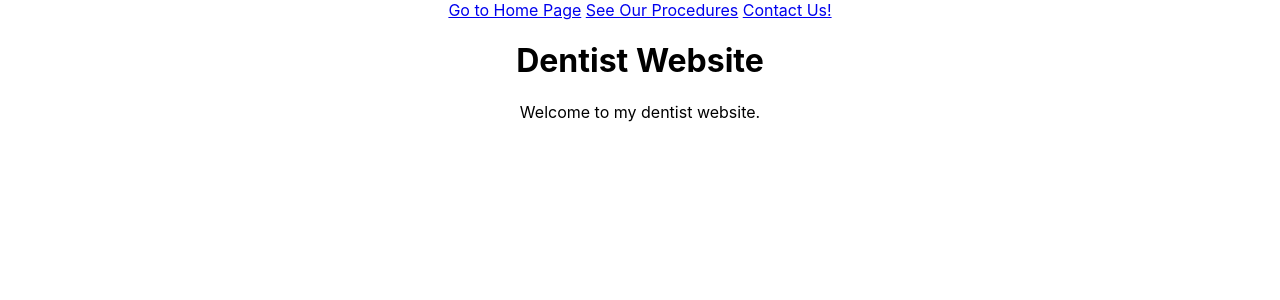
Repository: neldad1/dentist-app
Page: /
An editor plug-in stored every save of this project. The page is shown before and after the next save, followed by the edit.
The browser window is 1280 px wide. The pictures show the whole page.
The project was rebuilt for these pictures with package versions that can differ from the ones it lists, and the page was loaded fresh each time. Also part of the build but not shown: src/Contact.js, src/Procedures.js.

Above is the page before, as saved 2022-03-08 19:55:24.

### src/App.js
import Home from './Home';
import { BrowserRouter, Routes, Route, Link } from 'react-router-dom';
import Contact from './Contact';
import Procedures from './Procedures';
import './App.css';

function App() {
  return (
    <BrowserRouter>
      <div className="App">
        <nav>
          <Link to="/">Go to Home Page</Link>{' '}
          <Link to="/procedures">See Our Procedures</Link>{' '}
          <Link to="/contact">Contact Us!</Link>
        </nav>
        <Routes>
          <Route exact path="/" element={<Home />} />
          <Route path="/procedures" element={<Procedures />} />
          <Route path="/contact" element={<Contact />} />
        </Routes>
      </div>
    </BrowserRouter>
  );
}

export default App;

### src/Home.js
const Home = () => {
  return (
    <div>
      <h1>Dentist Website</h1>
      <p>Welcome to my dentist website.</p>
    </div>
  );
};

export default Home;

Loaded but not shown: public/index.html (common file); src/index.js (common file); src/index.css (common file); src/reportWebVitals.js (common file); src/App.css (common file)

After the next save:
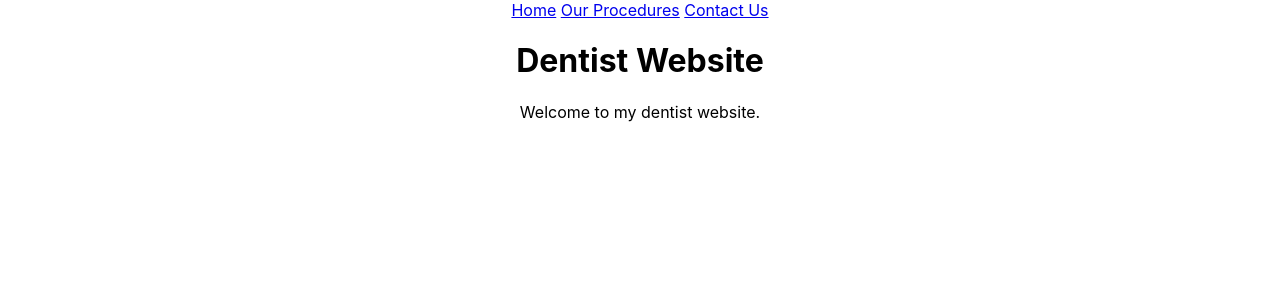
Saved 45 s later.
--- a/src/App.js
+++ b/src/App.js
@@ -9,9 +9,8 @@ function App() {
     <BrowserRouter>
       <div className="App">
         <nav>
-          <Link to="/">Go to Home Page</Link>{' '}
-          <Link to="/procedures">See Our Procedures</Link>{' '}
-          <Link to="/contact">Contact Us!</Link>
+          <Link to="/">Home</Link> <Link to="/procedures">Our Procedures</Link>{' '}
+          <Link to="/contact">Contact Us</Link>
         </nav>
         <Routes>
           <Route exact path="/" element={<Home />} />
